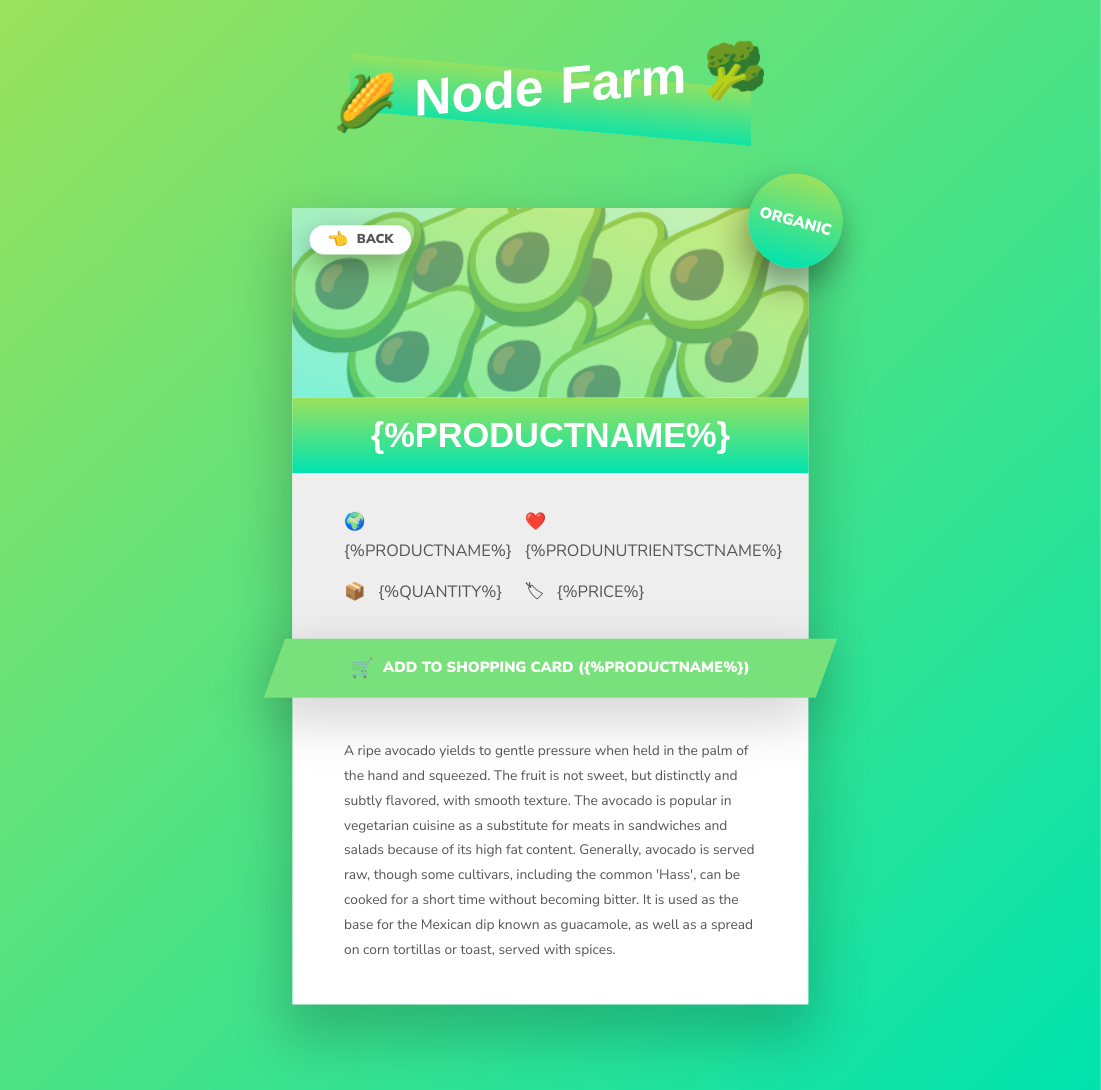
Repository: Kaii-Dev/NODEJS-by-JONAS
Page: 1-node-farm/starter/templates/product.html
These files come from the project's save history. The page is drawn as it stood at one moment and after the next save; the edit follows.
The browser window is 1280 px wide. The pictures show the whole page, at 86% of full size.
Some web fonts or font styles are not loaded; a fallback is used.

Above is the page before, as saved 2022-08-03 13:47:24.

After the next save:
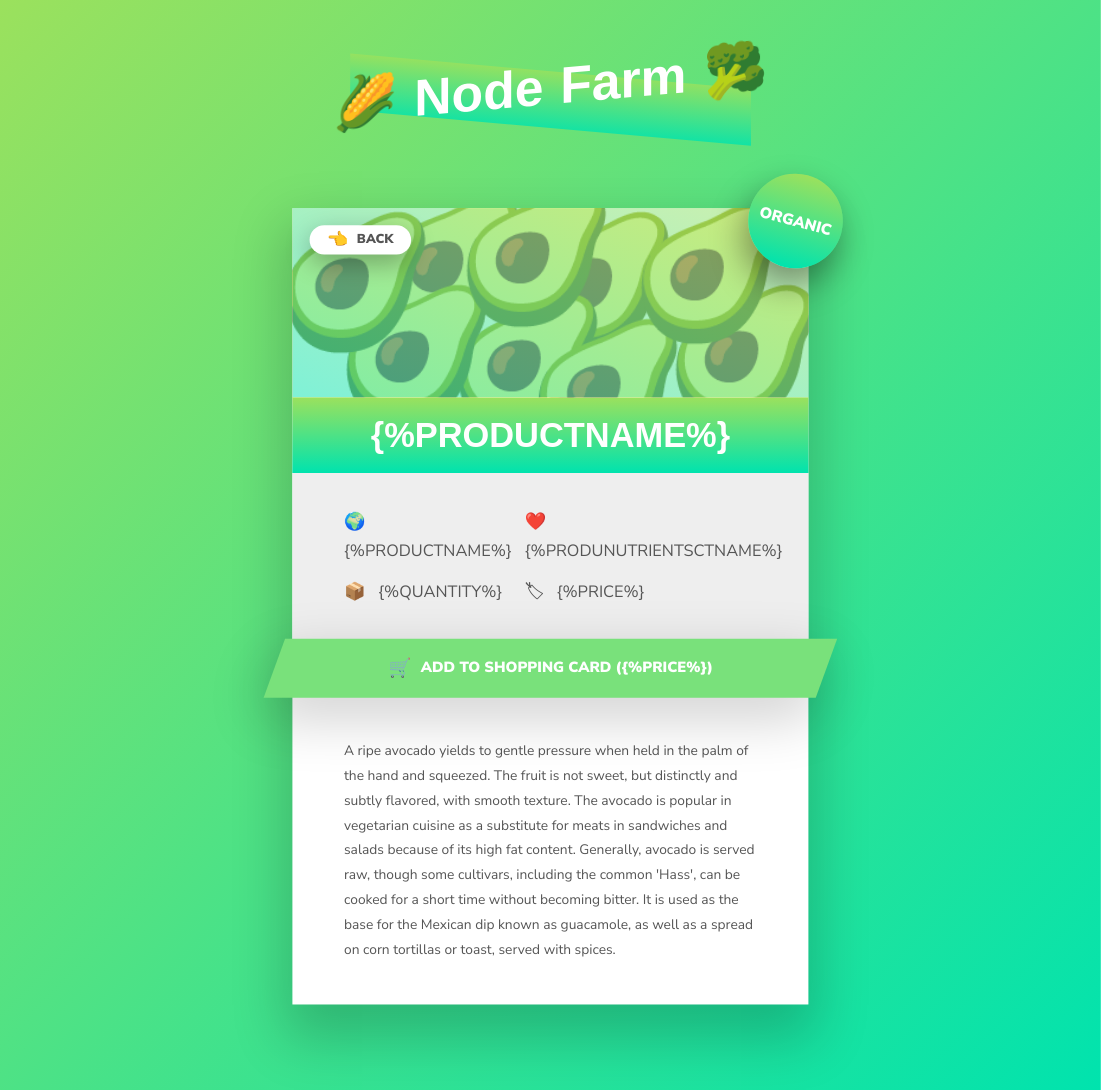
Saved 5 s later.
--- a/1-node-farm/starter/templates/product.html
+++ b/1-node-farm/starter/templates/product.html
@@ -295,7 +295,7 @@
 
         <a href="#" class="product__link">
           <span class="emoji-left">🛒</span>
-          <span>Add to shopping card ({%PRODUCTNAME%})</span>
+          <span>Add to shopping card ({%PRICE%})</span>
         </a>
 
         <p class="product__description">
